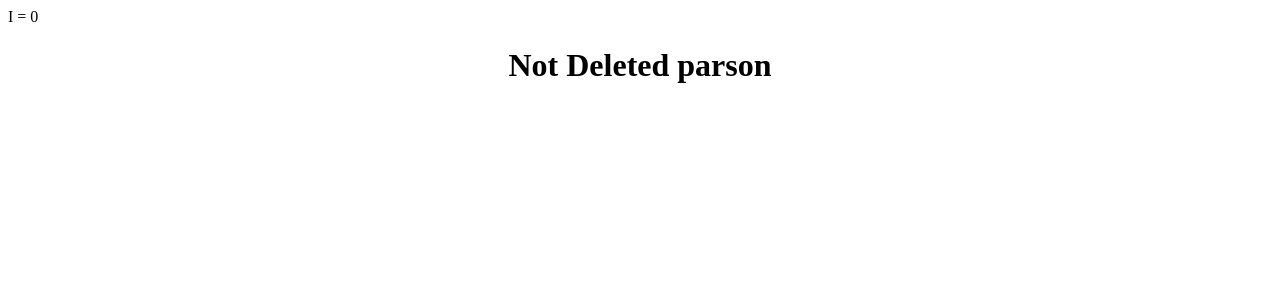
Repository: gajanansp07/Advance_Java_Practice
Page: http://localhost/JDBCCURD/delRec.jsp
The author's editor kept a copy of each file at every save. The page is drawn from the files as they stood at one save, then again after the next save.
The browser window is 1280 px wide. The pictures show the whole page.
The page is served by Tomcat 9. Queries for data that is not in the repository find no rows.

Above is the page before, as saved 2022-03-17 15:18:57.

After the next save:
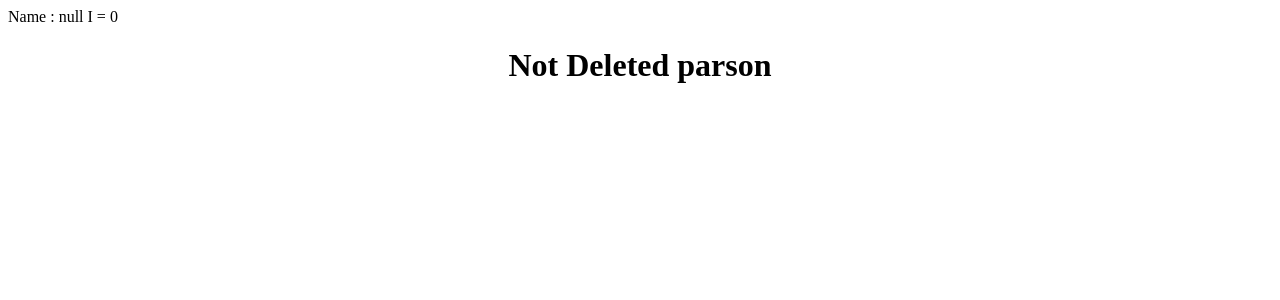
Saved 109 s later.
--- a/JDBCCURD/src/main/webapp/delRec.jsp
+++ b/JDBCCURD/src/main/webapp/delRec.jsp
@@ -10,6 +10,7 @@
 <body>
 	<%
 	String name = request.getParameter("email");
+	out.println("Name : "+name);
 	try{
 	Class.forName("oracle.jdbc.driver.OracleDriver");
 	//out.println("Loaded....");
